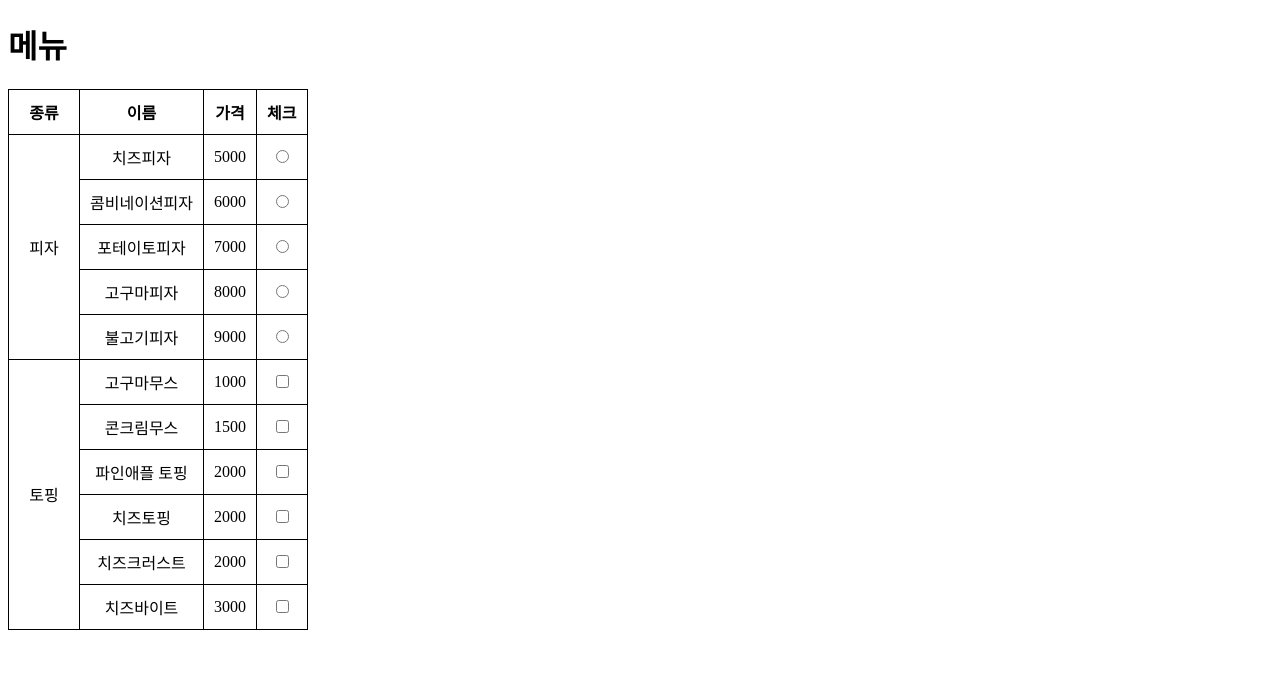
Repository: chuhj1226/servlet
Page: http://localhost/2_JSP/views/04_pizzaOrderForm.jsp
An editor plug-in stored every save of this project. The page is shown before and after the next save, followed by the edit.
The browser window is 1280 px wide. The pictures show the whole page.
The page is served by Tomcat 9.

Above is the page before, as saved 2021-10-05 10:26:00.

After the next save:
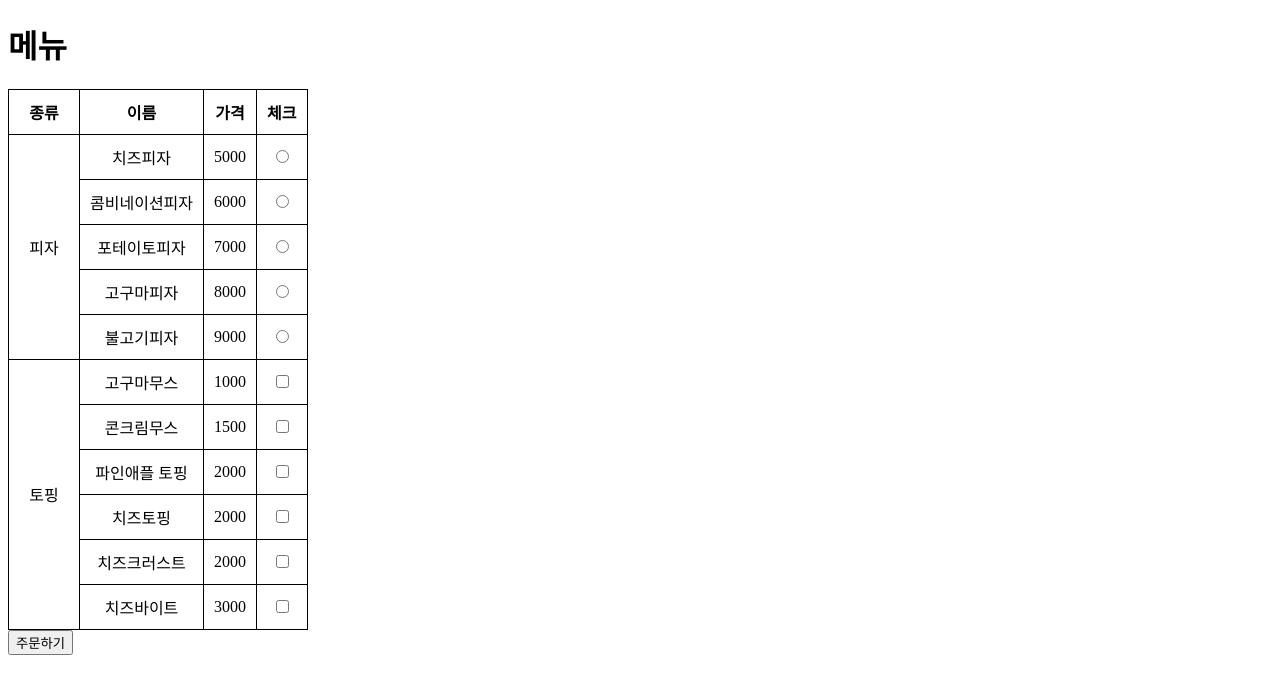
Saved 71 s later.
--- a/workspace/2_JSP/WebContent/views/04_pizzaOrderForm.jsp
+++ b/workspace/2_JSP/WebContent/views/04_pizzaOrderForm.jsp
@@ -86,6 +86,7 @@
 				<td><input type="checkbox" name="topping" value="치즈바이트"></td>
 			</tr>
 		</table>
+		<input type="submit" value="주문하기">
 	</form>
 
 </body>
